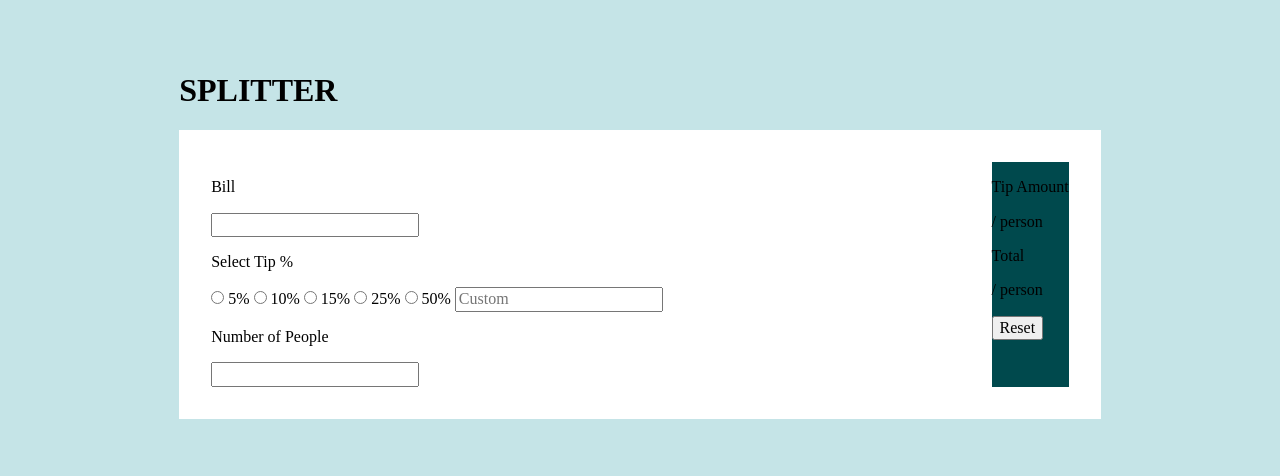
Repository: Jay-JYKim91/FM_tip-calculator
Page: index.html
These files come from the project's save history. The page is drawn as it stood at one moment and after the next save; the edit follows.
The browser window is 1280 px wide. The pictures show the whole page.

Above is the page before, as saved 2021-12-21 12:51:54.

After the next save:
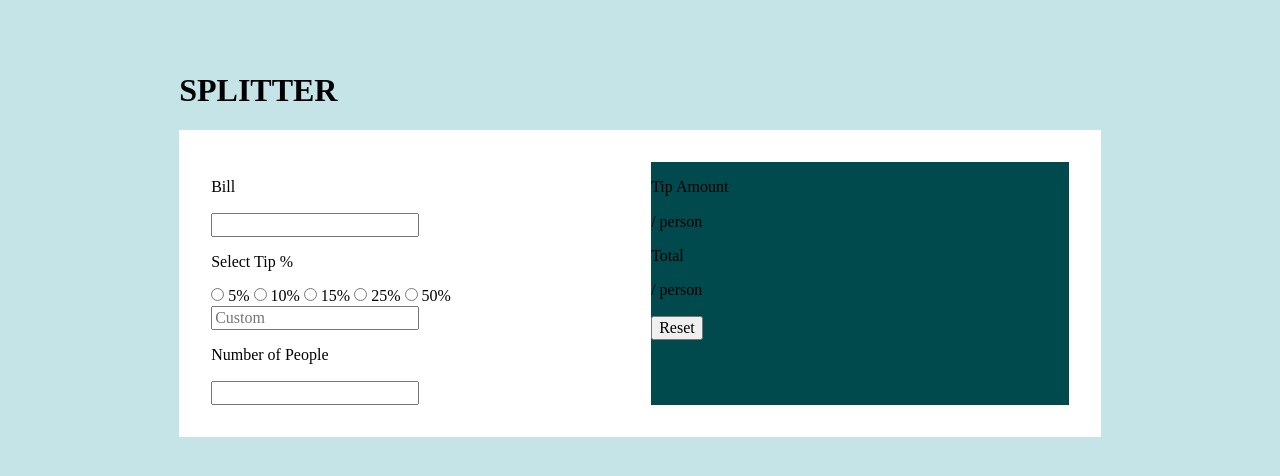
Saved 31 s later.
--- a/style.css
+++ b/style.css
@@ -21,8 +21,12 @@ body {
   justify-content: space-between;
   padding: 2rem;
 }
+.input_wrapper {
+  flex-basis: 50%;
+}
 .result_wrapper {
   background-color: var(--very-dark-cyan);
+  flex-basis: 50%;
 }
 /* Tablet size */
 @media (min-width: 768px) and (max-width: 1023px) {
